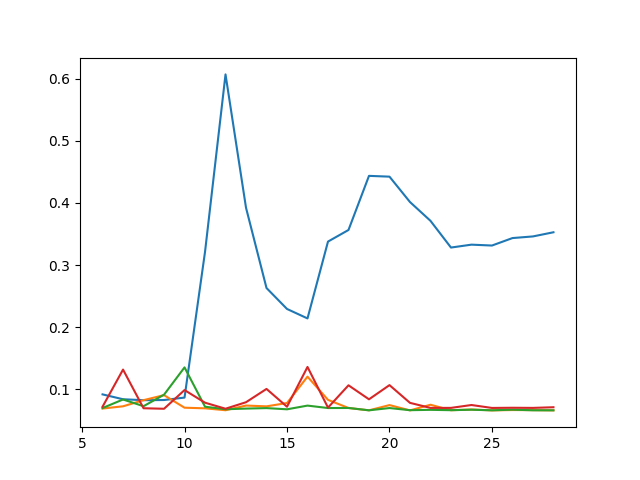
Repository: TTTTao725/Randomized-Algorithm-project2
Script's output: python project2/plot.py
An editor plug-in stored every save of this project. The script's output is shown before and after the next save, followed by the edit.
Random numbers start from a fixed seed.

Above is the script's output before, as saved 2023-04-15 19:29:39.

After the next save:
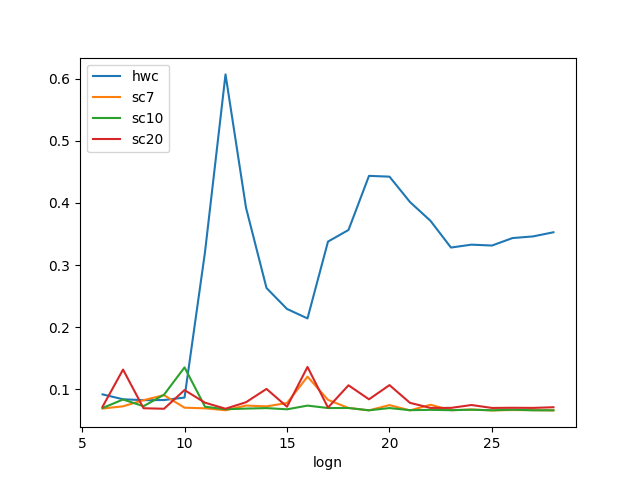
Saved 32 s later.
--- a/project2/plot.py
+++ b/project2/plot.py
@@ -39,6 +39,8 @@ plt.plot(x, average_update_hwc, label="hwc")
 plt.plot(x, average_update_sc7, label="sc7")
 plt.plot(x, average_update_sc10, label="sc10")
 plt.plot(x, average_update_sc20, label="sc20")
+plt.legend(loc="upper left")
+plt.xlabel('logn')
 # plt.subplot(2,2,1)
 # plt.plot(x, construction_time_hwc, c='r', label='hwc')
 # plt.plot(x, construction_time_ph, c='g', label='ph')
